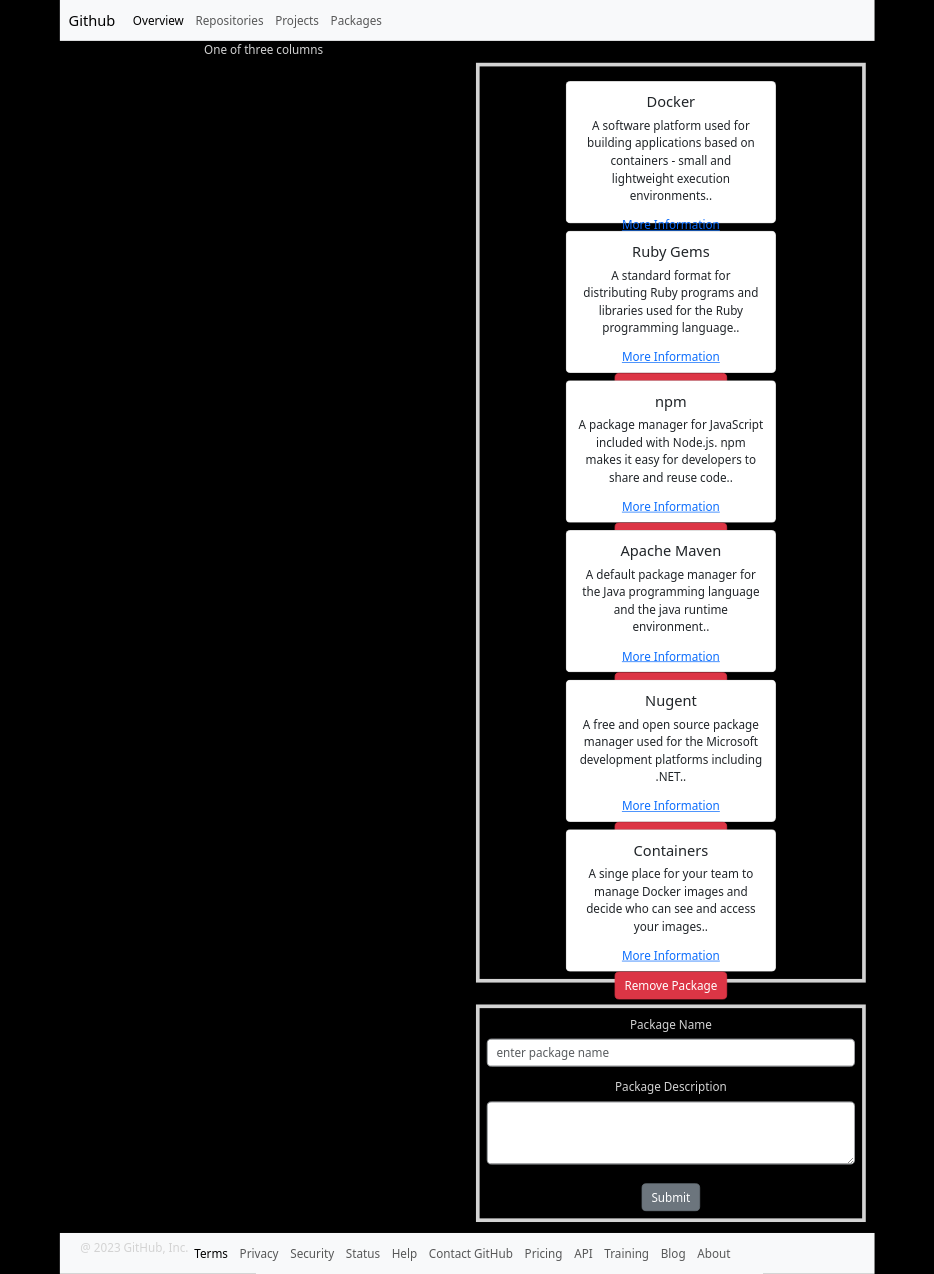
Repository: nss-evening-cohort-E23/gitsub-pull-request-posse
Page: packages.html
The author's editor kept a copy of each file at every save. The page is drawn from the files as they stood at one save, then again after a run of saves.
The browser window is 1280 px wide. The pictures show the whole page, at 73% of full size.

Above is the page before, as saved 2023-05-09 19:27:06.

After the next 2 saves:
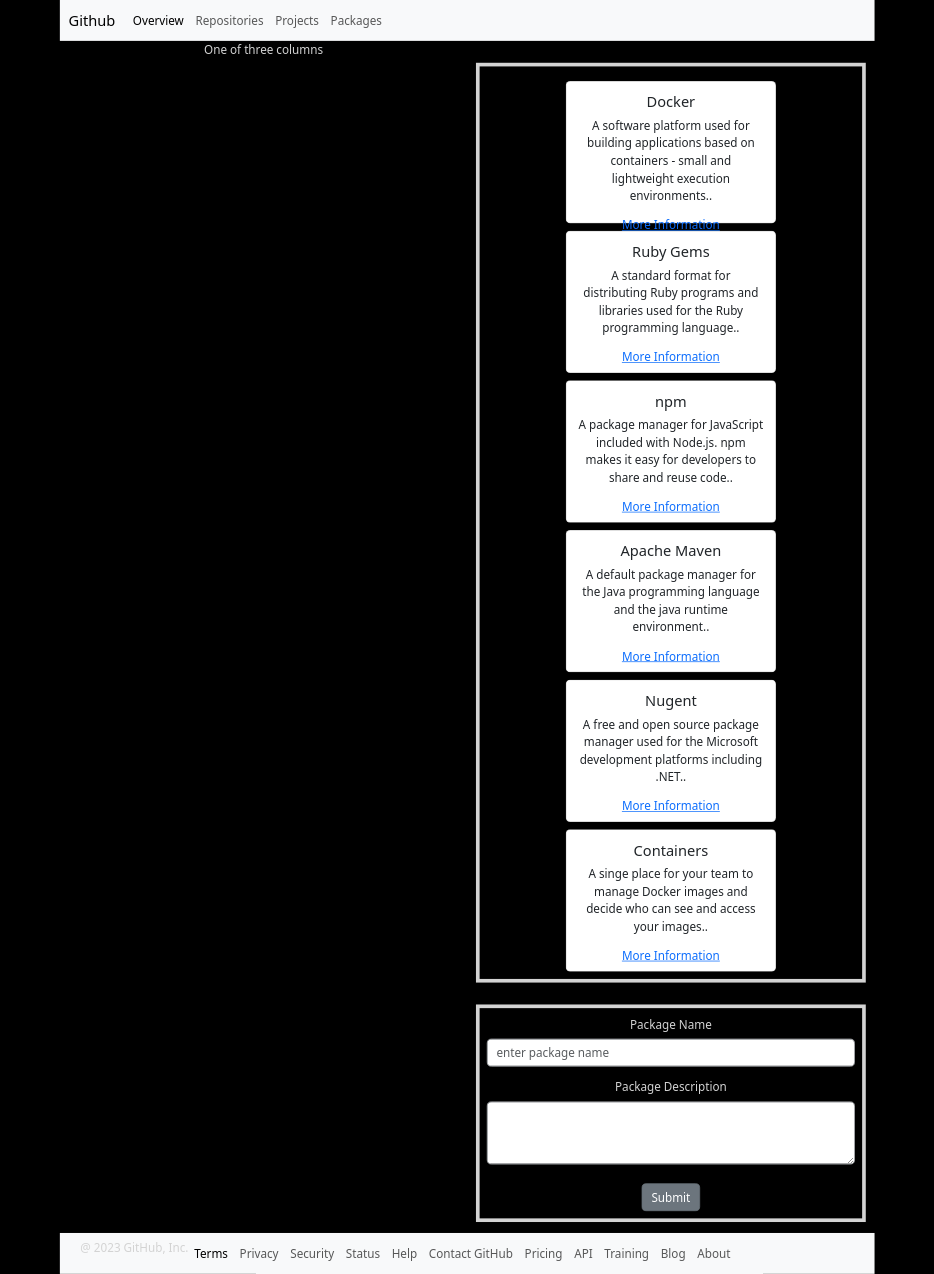
The 2 saves are shown as one change because they came seconds apart.
The last was saved 20 s later.
--- a/main.js
+++ b/main.js
@@ -65,8 +65,9 @@
   <div class="card-body">
     <h5 class="card-title">${package.name}</h5>
     <p class="card-text">${package.description}.</p>
+
     <a href="#" class="card-link">More Information</a>
-    <button class="btn btn-danger" id="delete">Remove Package</button>
+
   </div>
 </div>`
 }
